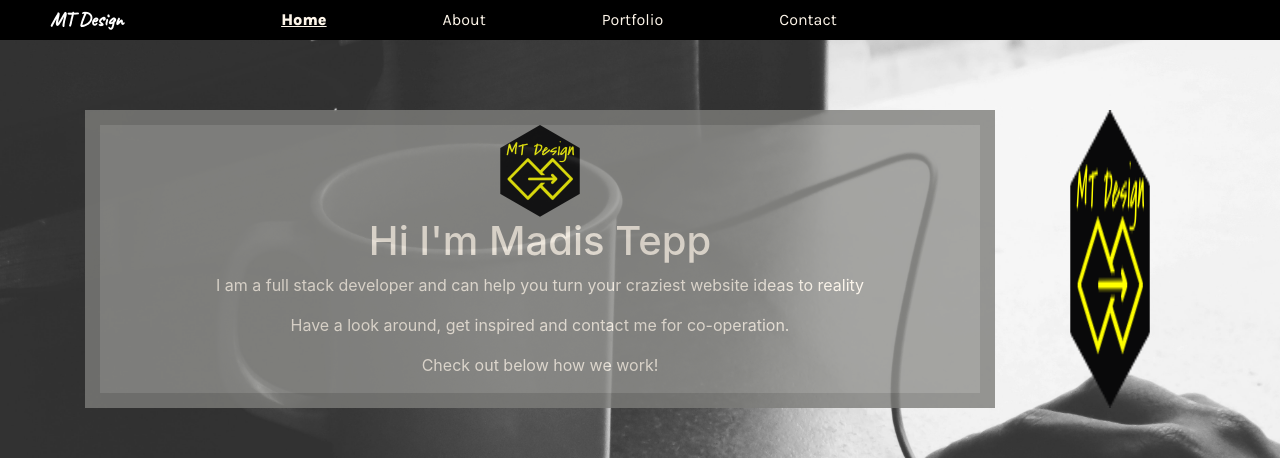
Repository: teppm/personal-portfolio
Page: index.html
The author's editor kept a record of every edit. The page is drawn from the files as they stood at one moment, then again after the next edit.
The browser window is 1280 px wide. The pictures show the part of the page from y = 0 to 458 px (the page is 1022 px tall).
Pictures or frames that could not be fetched are drawn as grey boxes. Some web libraries are served in a nearby version.

Above is the page before.

After the next edit:
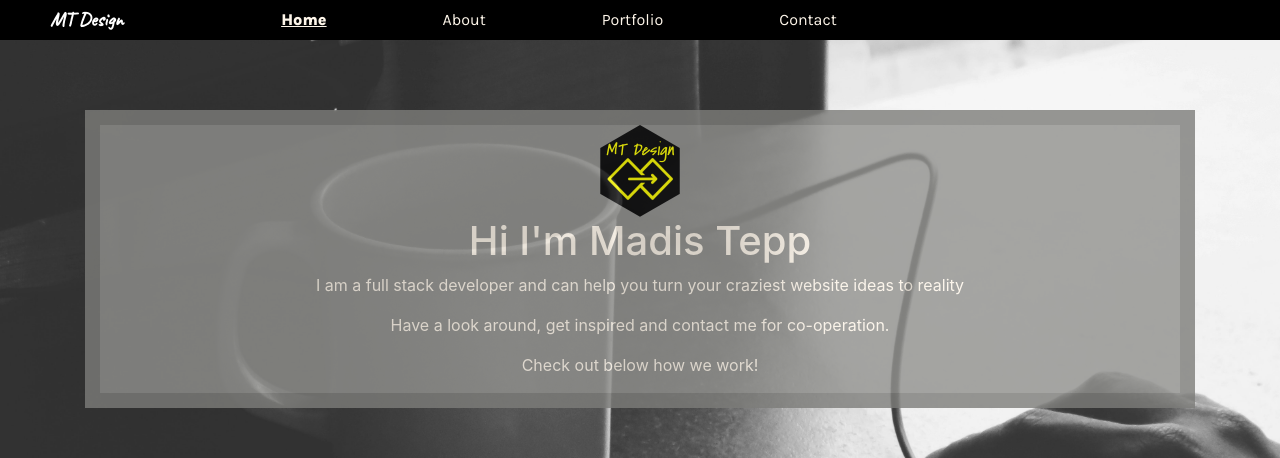
The edit:
--- a/index.html
+++ b/index.html
@@ -58,9 +58,6 @@
                 <p>Have a look around, get inspired and contact me for co-operation.</p>
                 <p>Check out below how we work!</p>
             </div>
-
-                <img src="assets/images/LogoMakr_99dxlu.png"></img>
-
         </div>
     </div>
 </section>
